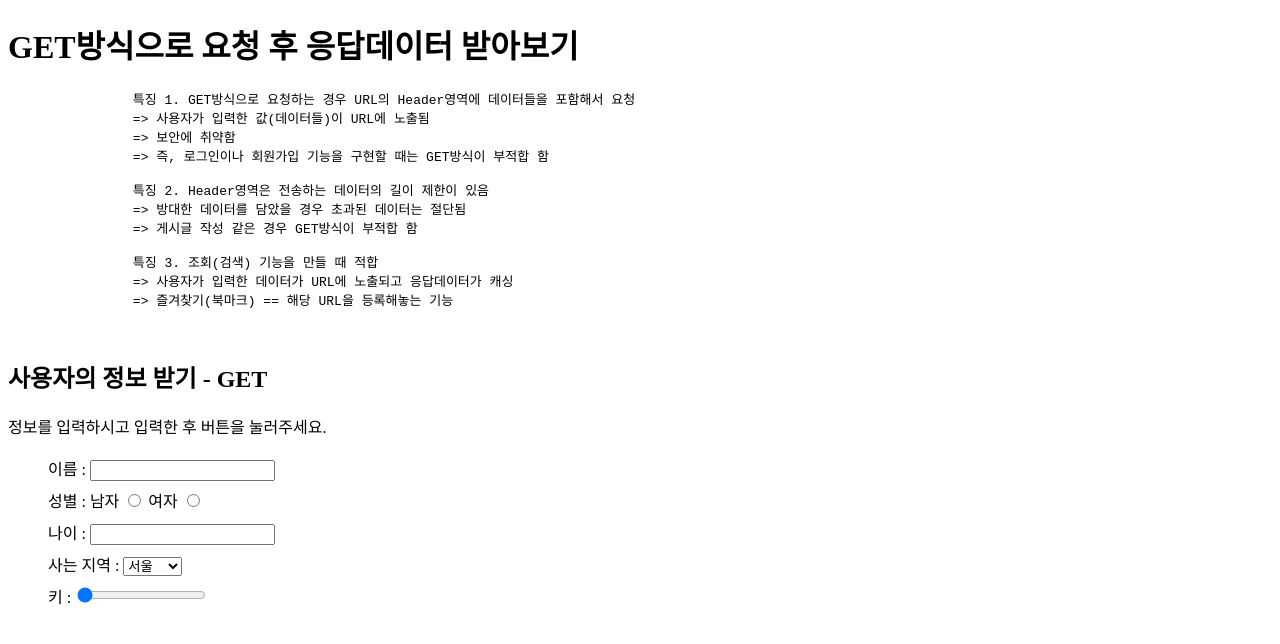
Repository: Rostreaca/0922_Web
Page: MyFirstWebProject/src/main/webapp/views/request_get.html
An editor plug-in stored every save of this project. The page is shown before and after the next save, followed by the edit.
The browser window is 1280 px wide. The pictures show the whole page.

Above is the page before, as saved 2025-09-22 08:12:32.

After the next save:
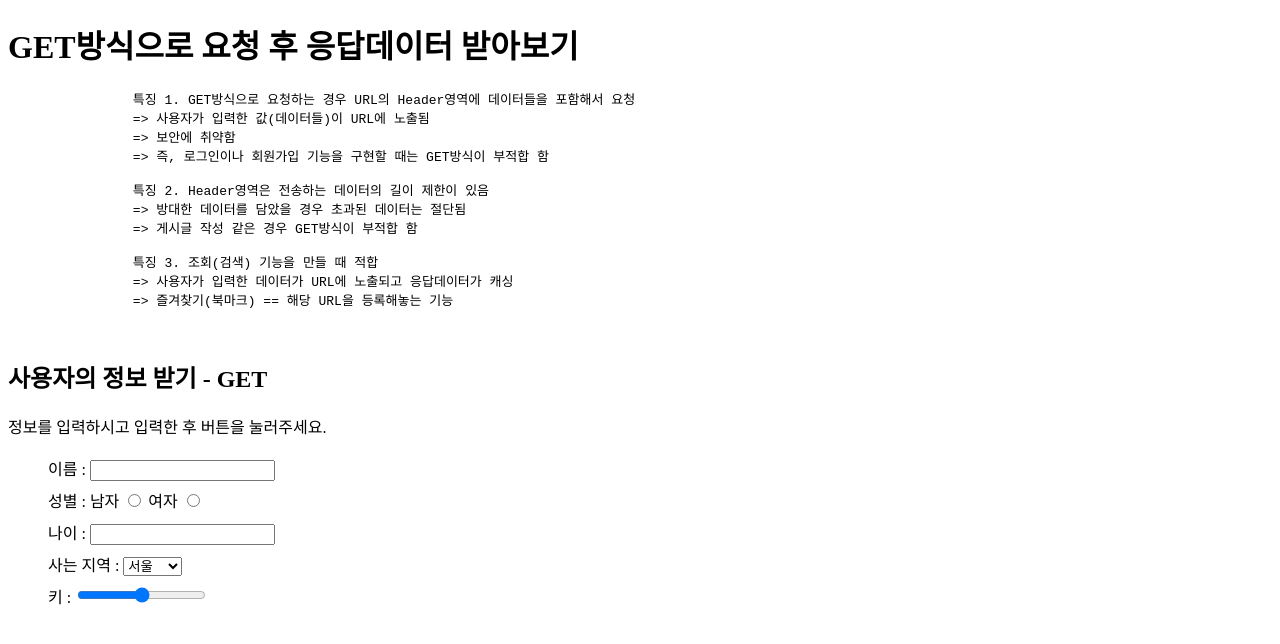
Saved 16 s later.
--- a/MyFirstWebProject/src/main/webapp/views/request_get.html
+++ b/MyFirstWebProject/src/main/webapp/views/request_get.html
@@ -54,7 +54,7 @@
 			</li>
 			<li>
 				키 :
-				<input type="range" min="130" max="" />
+				<input type="range" min="130" max="220" />
 			</li>
 		</ul>
 	</form>
